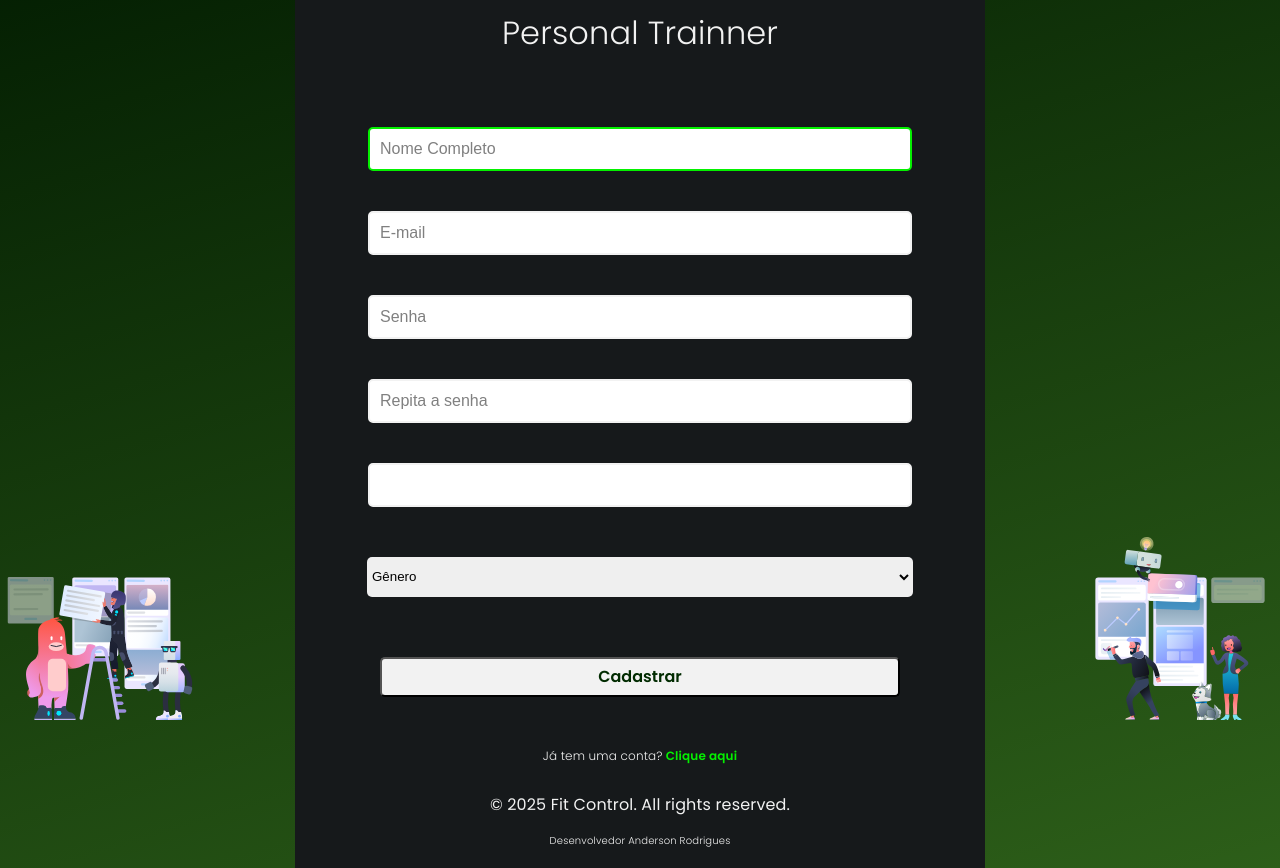
Repository: fit-control/frontend-fit-control
Page: /cadastro
The author's editor kept a copy of each file at every save. The page is drawn from the files as they stood at one save, then again after the next save.
The browser window is 1280 px wide. The pictures show the whole page.
Some web fonts or font styles are not loaded; a fallback is used. The project was rebuilt for these pictures with package versions that can differ from the ones it lists, and the page was loaded fresh each time. Settings that the repository does not hold, such as keys and server addresses, were given made-up values. Also part of the build but not shown: next.config.js, vite.config.ts, src/components/containerCenterLogin.tsx, src/pages/About.tsx, src/pages/NotFound.tsx, src/components/AuthRoutes.tsx, src/pages/PaginaTeste.tsx.

Above is the page before, as saved 2025-03-23 19:38:08.

After the next save:
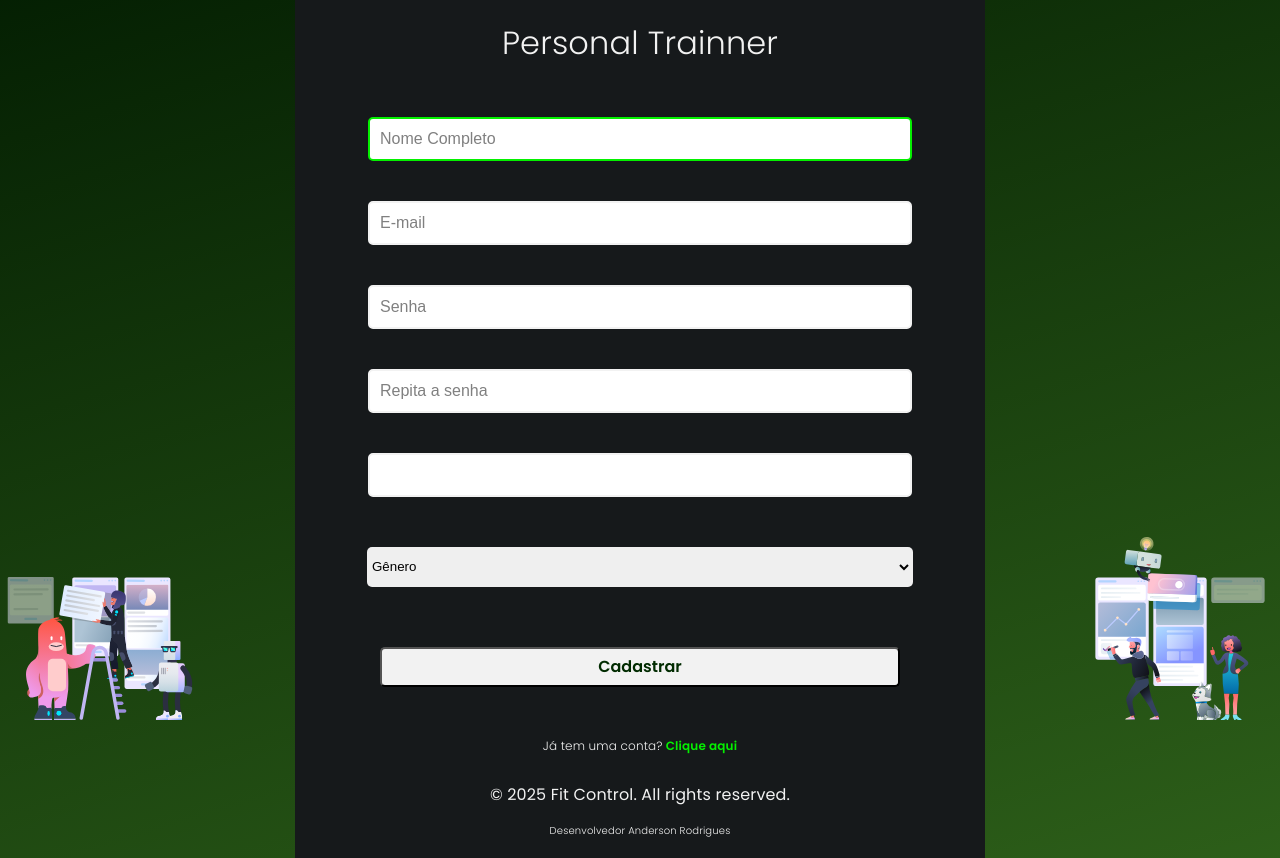
Saved 15 s later.
--- a/src/App.css
+++ b/src/App.css
@@ -140,7 +140,7 @@ body {
       justify-content: center;
       gap: 40px;
       width: -webkit-fill-available;
-      margin-top: 70px;
+      margin-top: 50px;
 
       div {
         width: 100%;
